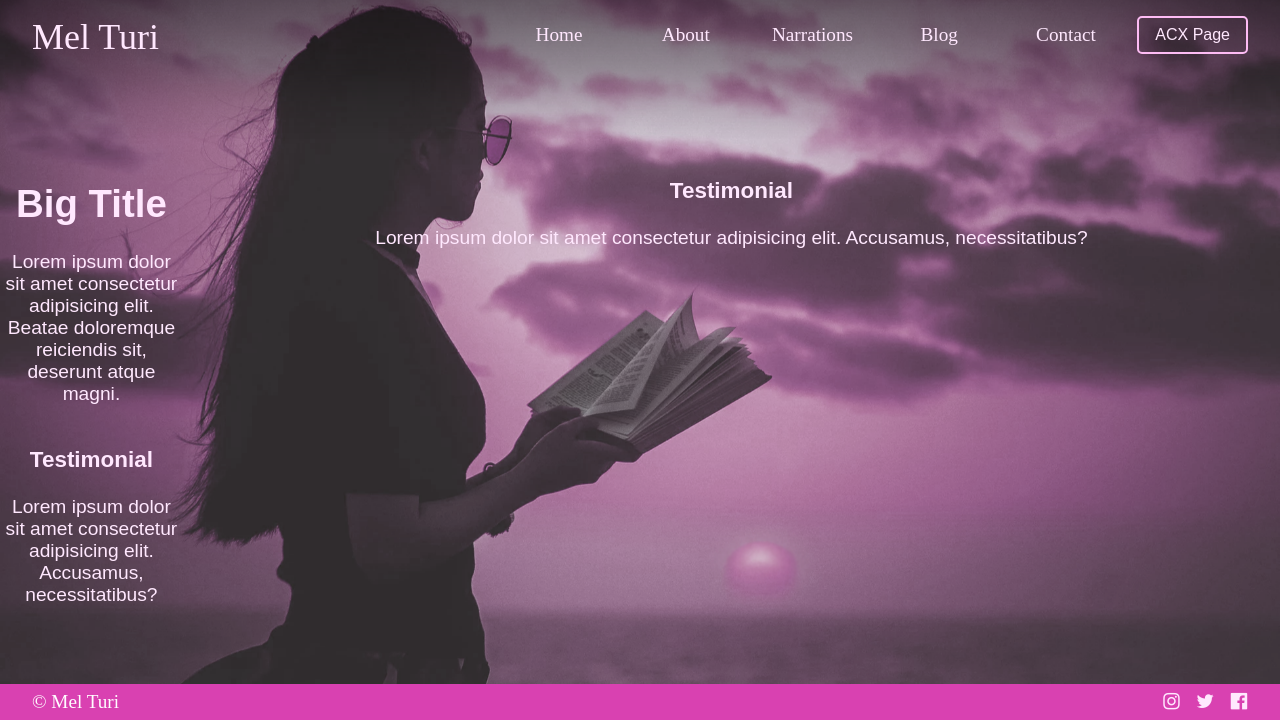
Repository: mel-turi/mel-turi-website
Page: /
These files come from the project's save history. The page is drawn as it stood at one moment and after a run of saves; the edit follows.
The browser window is 1280 px wide. The pictures show the whole page.
Some web fonts or font styles are not loaded; a fallback is used. The project was rebuilt for these pictures with package versions that can differ from the ones it lists, and the page was loaded fresh each time.

Above is the page before, as saved 2019-08-23 21:40:50.

After the next 2 saves:
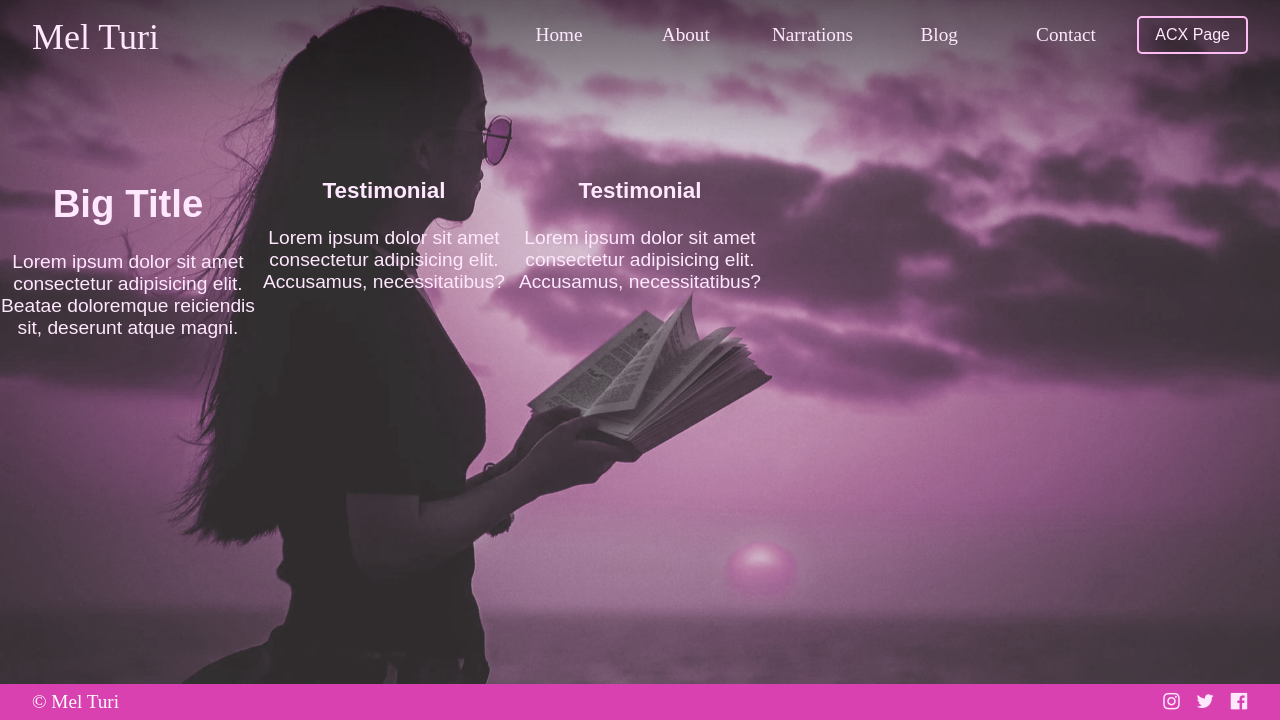
The 2 saves are shown as one change because they came seconds apart.
The last was saved 33 s later.
--- a/src/index.css
+++ b/src/index.css
@@ -113,7 +113,8 @@
   font-size: 1.2rem;
   height: 50vh;
   display: grid;
-  grid-template-columns: 1fr 6fr;
+  grid-template-columns: 1fr 1fr 1fr 1fr 1fr;
+  grid-template-rows: 1fr 1fr 1fr 1fr 1fr;
   align-items: start;
   justify-content: space-between;
   margin: 0;
